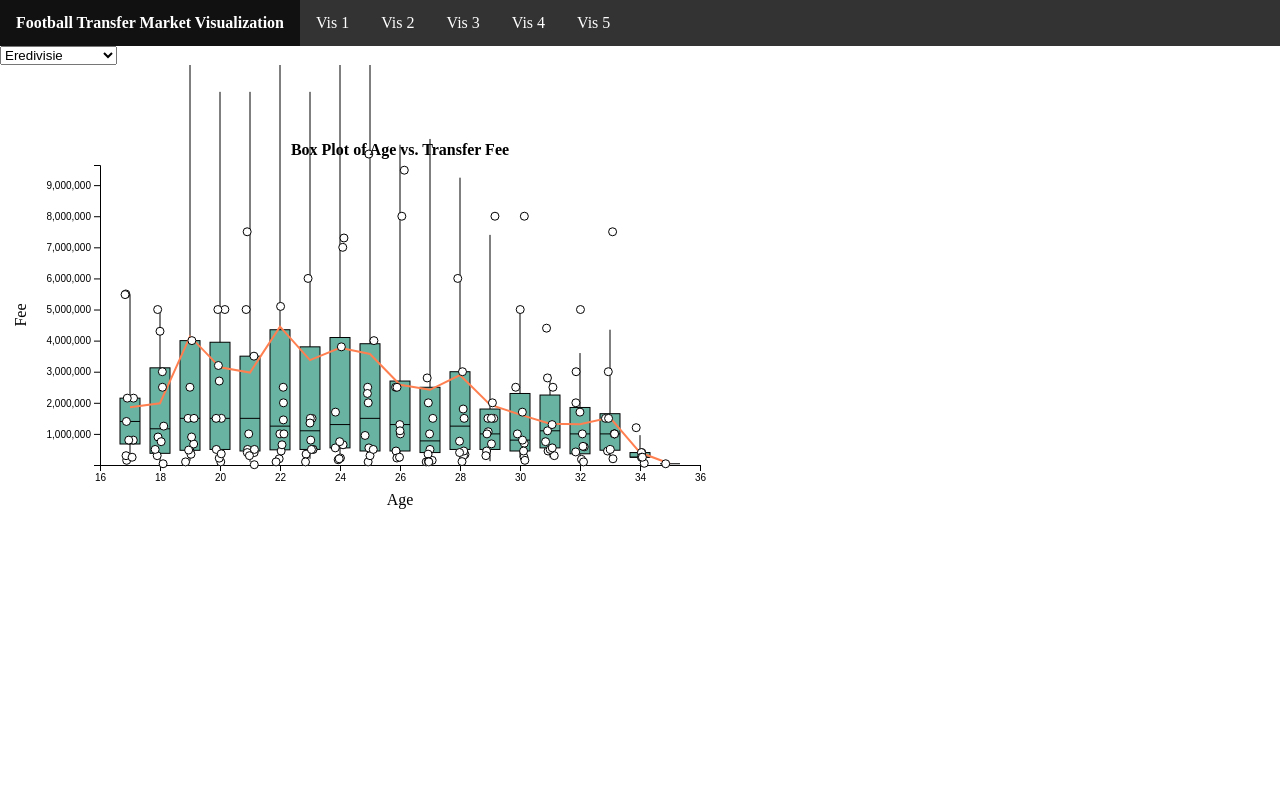
Repository: cedricshan/Football-Transfer-Market-Visualization
Page: dashboard/BoxPlot.html
The author's editor kept a copy of each file at every save. The page is drawn from the files as they stood at one save, then again after a run of saves.
The browser window is 1280 px wide. The pictures show the whole page.

Above is the page before, as saved 2023-10-18 22:12:24.

### dashboard/BoxPlot.html
<!DOCTYPE html>
<html lang="en">

<head>
    <meta charset="UTF-8">
    <link rel="stylesheet" href="CSS/main.css">
    <link rel="icon" href="favicon.ico" mce_href="favicon.ico" type="image/x-icon">
    <link rel="shortcut icon" href="favicon.ico" mce_href="favicon.ico" type="image/x-icon">
    <title>Football Transfer Vis</title>
    <script type="text/javascript" src="d3.v7.js"></script>
</head>

<body>
    <ul>
        <li><a href="dashboard.html"><b>Football Transfer Market Visualization</b></a></li>
        <li><a href="network.html">Vis 1</a></li>
        <li><a href="chord.html">Vis 2</a></li>
        <li><a href="Position_interactive.html">Vis 3</a></li>
        <li><a href="LineChart.html">Vis 4</a></li>
        <li><a href="BoxPlot.html">Vis 5</a></li>
    </ul>
    <select id="csv-select">
        <option value="processed_eredivisie.csv">Eredivisie</option>
        <option value="processed_premier-league.csv">Premier League</option>
        <option value="processed_1-bundesliga.csv">Bundesliga</option>
        <option value="processed_liga-nos.csv">Liga Portugal</option>
        <option value="processed_ligue-1.csv">Ligue 1</option>
        <option value="processed_primera-division.csv">LaLiga</option>
        <option value="processed_1-bundesliga.csv">Serie A</option>
    </select>

    <script type="text/javascript" , src="BoxPlot.js"> </script>
</body>

</html>

### dashboard/CSS/main.css
html,
body {
    margin: 0;
    height: 100%;
}
ul {
    list-style-type: none;
    margin: 0;
    padding: 0;
    overflow: hidden;
    background-color: #333;
}

li {
    float: left;
}

li a {
    display: block;
    color: white;
    text-align: center;
    padding: 14px 16px;
    text-decoration: none;
}

li a:hover {
    background-color: #111;
}

#timeline {
    width: 70%;
    margin: auto;
    padding: 20px 0 0 0;
}

.tooltip {
    position: absolute;
    pointer-events: none;
    height: 35px;
    padding: 8px;
    border-radius: 8px;
    background-color: white;
    font-size: .8em;
    text-align: center;
}

#selectContainer {
    position: absolute;
    top: 50;
    left: 0;
    width: 100%;
    background-color: #ffffff;
    /* Background color for the container */
    padding: 10px;
    /* Adjust the padding as needed */
}

### dashboard/BoxPlot.js

var parseDate = d3.timeParse("%B");
const margin = {top: 20, right: 20, bottom: 40, left: 40};
document.getElementById("csv-select").addEventListener("change", function() {
    loadAndVisualizeData(this.value);
});

function loadAndVisualizeData(filename) {

    d3.select("#chartSVG").remove();

    var svg = d3.select('body')
        .append('svg')
        .attr('id', 'chartSVG')
        .attr('height', '100%')
        .attr('width', '100%');

    d3.csv(filename)
    .then(data => {
        return data.map(d => {
            return {
                Fee: Number(d.Fee),
                Age: Number(d.Age)
            };
        });
    })
    .then(processedData => {
        var height = 300;
        var width = 600;
        var maxFee = d3.max(processedData, function (d) { return d.Fee; });
        var minFee = d3.min(processedData, function (d) { return d.Fee; });
        var minAge= d3.min(processedData,function (d) { return d.Age; })
        var maxAge= d3.max(processedData,function (d) { return d.Age; })
        const meanFee = d3.mean(processedData, d => d.Fee);

            // Group data by Age
        const groupedData = d3.group(processedData, d => d.Age);

        // Compute statistics for each group
        const sumstat = Array.from(d3.rollup(
            processedData,
            group => {
                const fees = group.map(d => +d.Fee).sort(d3.ascending);

                const q1 = d3.quantile(fees, 0.25);
                const median = d3.quantile(fees, 0.5);
                const q3 = d3.quantile(fees, 0.75);
                const top = d3.quantile(fees, 0.05);
                const bottom = d3.quantile(fees, 0.95);
                const interQuantileRange = q3 - q1;
                const min = 0;
                const max = q3 + 1.5 * interQuantileRange;
                const avg= d3.mean(fees);
                return { q1, median, q3, interQuantileRange, min, max, avg,top ,bottom };

            },
            d => d.Age
        )).map(([key, value]) => ({ key, value }));

        function selectRandomTenPoints(data) {
            const sampledData = [];
            for (const [age, values] of groupedData) {
                // Filter out values with Fee over 10,000,000
                const filteredValues = values.filter(d => d.Fee <= 10000000);

                const shuffled = [...filteredValues].sort(() => 0.5 - Math.random());
                const selected = shuffled.slice(0, 10);
                sampledData.push(...selected);
            }
            return sampledData;
        }


        const sampleDataForPlotting = selectRandomTenPoints(processedData);

        const sortedData = sumstat.sort((a, b) => d3.ascending(a.key, b.key));

        console.log(sortedData);

        console.log(maxFee);
        console.log(maxAge);
        console.log(minAge);

        const x = d3.scaleLinear()
            .domain([d3.min(processedData, d => d.Age)-1, d3.max(processedData, d => d.Age)+1])
            .range([0, width]);

        const y = d3.scaleLinear()
            .domain([d3.min(processedData, d => d.Fee), d3.mean(processedData, d => d.Fee)*3])
            .range([height, 0]);


        var chartGroup=svg
        .append('g')
        .attr('transform','translate(100,100)');

        chartGroup.append("g")
        .attr("transform", `translate(0, ${height})`)
        .call(d3.axisBottom(x));

        chartGroup.append("g")
        .call(d3.axisLeft(y))



        chartGroup.append("text")
            .attr("transform", `translate(${width / 2}, ${height + margin.top + 20})`)
            .style("text-anchor", "middle")
            .text("Age");

        chartGroup.append("text")
            .attr("transform", "rotate(-90)")
            .attr("y", 0 - margin.left-50)
            .attr("x", 0 - (height / 2))
            .attr("dy", "1em")
            .style("text-anchor", "middle")
            .text("Fee");

        chartGroup
            .selectAll("vertLines")
            .data(sumstat)
            .enter()
            .append("line")
            .attr("x1", function(d){return(x(d.key))})
            .attr("x2", function(d){return(x(d.key))})
            .attr("y1", function(d){return(y(d.value.bottom))})
            .attr("y2", function(d){return(y(d.value.top))})
            .attr("stroke", "black")
            .style("width", 40)



        chartGroup
            .selectAll("Lines")
            .data(sumstat)
            .enter()
            .append("line")
            .attr("x1", function(d){return(x(d.key))})
            .attr("x2", function(d){return(x(d.key))})
            .attr("y1", function(d){return(y(d.value.avg))})
            .attr("y2", function(d){return(y(d.value.avg))})
            .attr("stroke", "black")
            .style("width", 40)

        var tooltip = chartGroup.append("g")
        .attr("class", "tooltip")
        .style("display", "none");

        tooltip.append("rect")
            .attr("width", 150)
            .attr("height", 50)
            .attr("fill", "white")
            .style("opacity", 0.8);

        tooltip.append("text")
            .attr("x", 5)
            .attr("dy", "1.2em")
            .style("text-anchor", "start")
            .attr("font-size", "12px")
            .attr("font-family", "sans-serif");

        var boxWidth = 20
        var highlightedBox = chartGroup.select(null);
        chartGroup
            .selectAll("boxes")
            .data(sumstat)
            .enter()
            .append("rect")
                .attr("x", function(d){return(x(d.key)-boxWidth/2)})
                .attr("y", function(d){return(y(d.value.q3))})
                .attr("height", function(d){return(y(d.value.q1)-y(d.value.q3))})
                .attr("width", boxWidth )
                .attr("stroke", "black")
                .style("fill", "#69b3a2")
                .on("click",function(d) {
                    // Recolor the last clicked rect.
                    highlightedBox.style("fill", "#69b3a2")
                    // Color the new one:
                    highlightedBox = d3.select(this);
                    highlightedBox.style("fill","steelblue");
                })
            .on("click", function(event, d) {
                highlightedBox.style("fill", "#69b3a2");

                highlightedBox = d3.select(this);
                highlightedBox.style("fill", "steelblue");

                tooltip
                    .attr("transform", `translate(${x(d.key) + 5}, ${y(d.value.q3) - 50})`)
                    .style("display", null);

                tooltip.select("text")
                    .text(`Age: ${d.key}`)
                    .append("tspan")
                    .attr("x", 5)
                    .attr("dy", "1.2em")
                    .text(`Median Fee: ${d.value.median}`);
                })
            .on("mouseout", function() {
                    tooltip.style("display", "none");
                });

            // Show the median
        chartGroup
        .selectAll("medianLines")
        .data(sumstat)
        .enter()
        .append("line")
            .attr("x1", function(d){return(x(d.key)-boxWidth/2) })
            .attr("x2", function(d){return(x(d.key)+boxWidth/2) })
            .attr("y1", function(d){return(y(d.value.median))})
            .attr("y2", function(d){return(y(d.value.median))})
            .attr("stroke", "black")
            .style("width", 80)

        var avgline=chartGroup.append('g')
            .attr('class','avgline')
            .attr('transform','translate(0,0)');

        var line =d3.line()
            .x(function(d){return x(d.key)})
            .y(function(d){return y(d.value.avg)});

        chartGroup.append('path')
            .attr('d',line(sortedData))
            .attr('stroke','#FF7F50')
            .attr('stroke-width',2)
            .attr('fill','none');

        var jitterWidth = 10
        chartGroup
            .selectAll("indPoints")
            .data(sampleDataForPlotting)
            .enter()
            .append("circle")
            .attr("cx", function(d){return(x(d.Age) - jitterWidth/2 + Math.random()*jitterWidth )})
            .attr("cy", function(d){return(y(d.Fee))})
            .attr("r", 4)
            .style("fill", "white")
            .attr("stroke", "black")


        chartGroup.append("text")
            .attr("transform", `translate(${width / 2}, ${-10})`)
            .style("text-anchor", "middle")
            .style("font-size", "16px")
            .style("font-weight", "bold")
            .text("Box Plot of Age vs. Transfer Fee");



        })
        .catch(error => {
            console.error("Error loading or processing the CSV:", error);
        });
}
loadAndVisualizeData(document.getElementById("csv-select").value);

Loaded but not shown: dashboard/d3.v7.js (library)

After the next 2 saves:
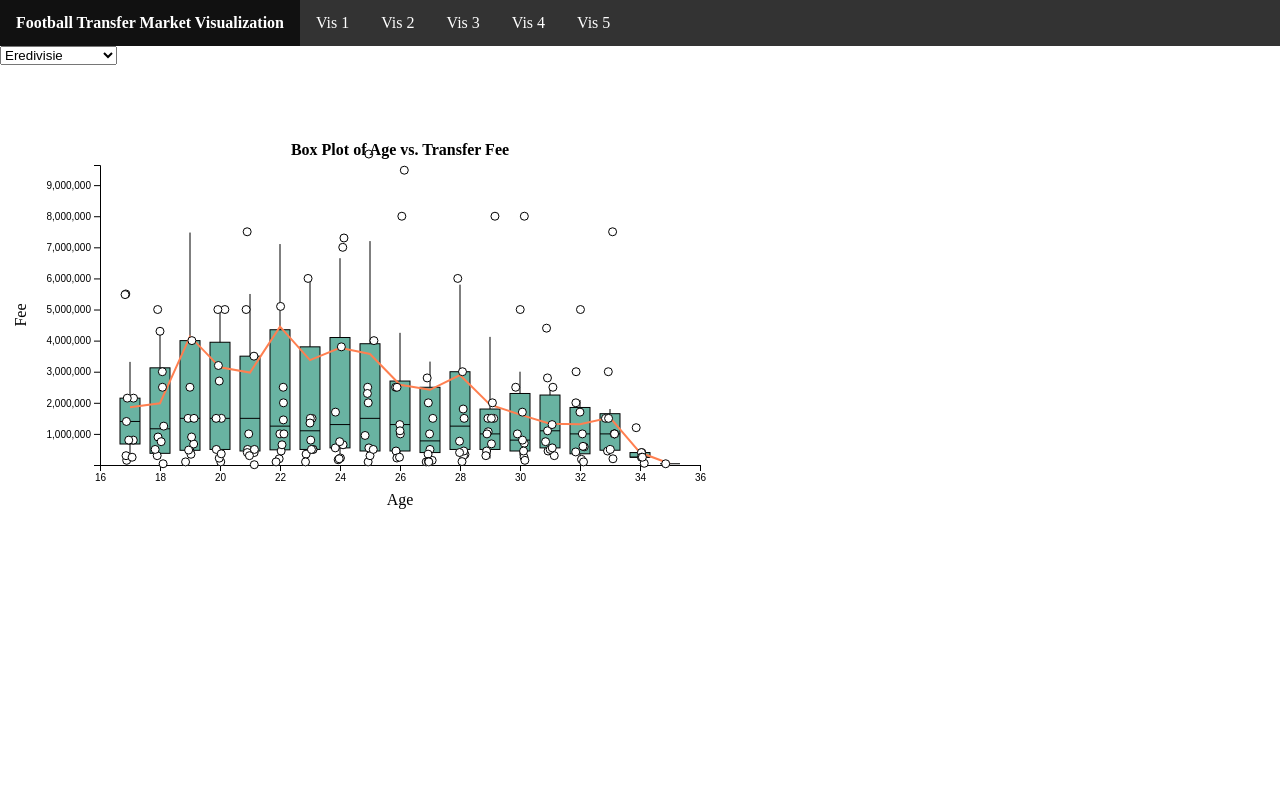
The 2 saves are shown as one change because they came seconds apart.
The last was saved 41 s later.
--- a/dashboard/BoxPlot.js
+++ b/dashboard/BoxPlot.js
@@ -45,8 +45,8 @@ function loadAndVisualizeData(filename) {
                 const q1 = d3.quantile(fees, 0.25);
                 const median = d3.quantile(fees, 0.5);
                 const q3 = d3.quantile(fees, 0.75);
-                const top = d3.quantile(fees, 0.05);
-                const bottom = d3.quantile(fees, 0.95);
+                const top = d3.quantile(fees, 0.15);
+                const bottom = d3.quantile(fees, 0.85);
                 const interQuantileRange = q3 - q1;
                 const min = 0;
                 const max = q3 + 1.5 * interQuantileRange;
